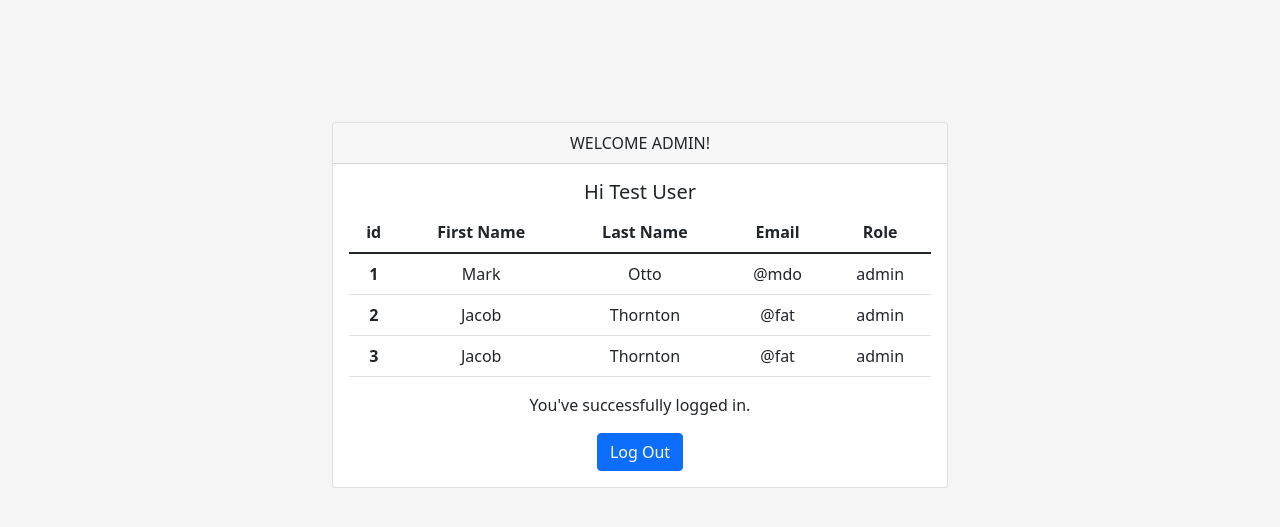
Repository: rabin-bhandari/LOGIN-SIGNUP
Page: http://localhost/welcome.php
The author's editor kept a copy of each file at every save. The page is drawn from the files as they stood at one save, then again after the next save.
The browser window is 1280 px wide. The pictures show the whole page.
The page is run by PHP 8.4 with error messages shown; the project is at /var/www/html/. The session is filled in as if someone had signed in: {"email": "test@example.com", "first_name": "Test User", "last_name": "Test User", "id": 1, "admin": 1}.

Above is the page before, as saved 2022-03-27 20:15:00.

After the next save:
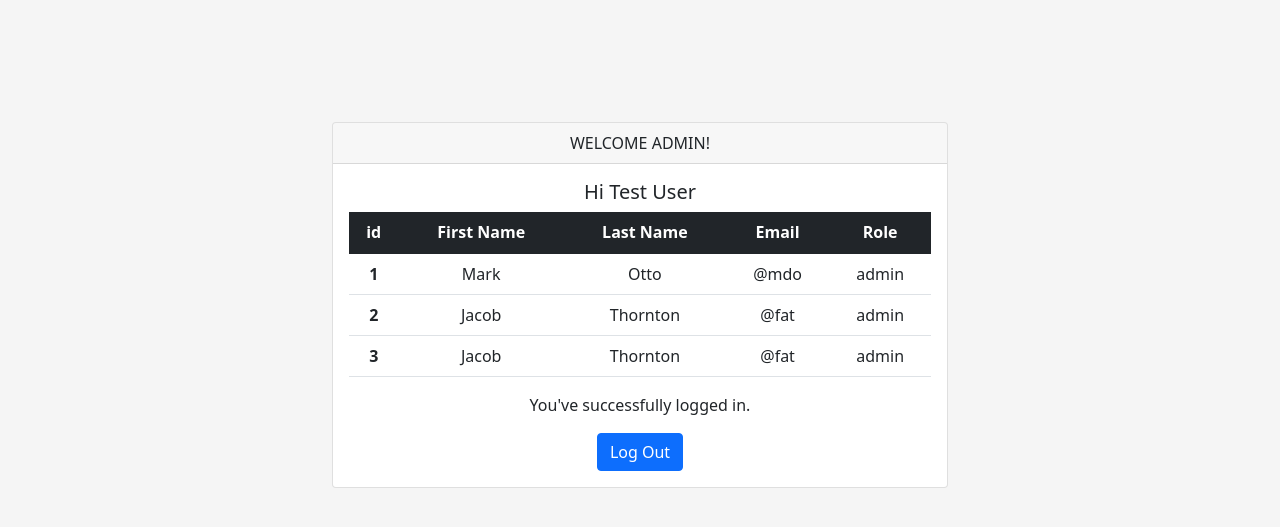
Saved 2 min 45 s later.
--- a/welcome.php
+++ b/welcome.php
@@ -31,7 +31,7 @@ if (isset($_SESSION['id']) && isset($_SESSION['email'])) {
           <div class="card-body">
             <h5 class="card-title">Hi <?php echo $_SESSION['first_name']; ?></h5>
             <table class="table table-hover">
-              <thead class="thead-dark">
+              <thead class="table-dark">
                 <tr>
                   <th scope="col">id</th>
                   <th scope="col">First Name</th>
